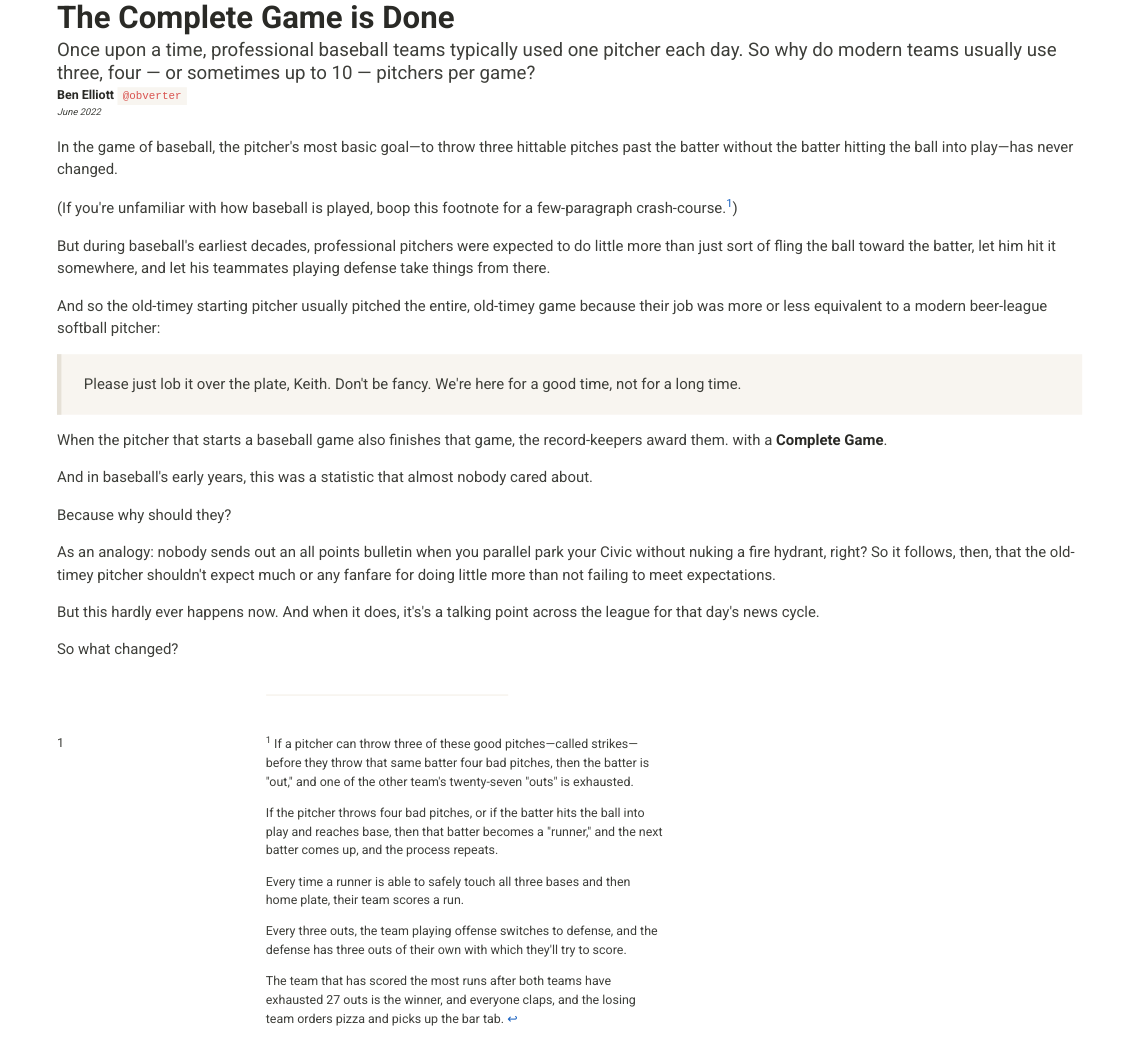
Repository: obverter/complete-games-are-done
Page: index.html
The author's editor kept a copy of each file at every save. The page is drawn from the files as they stood at one save, then again after the next save.
The browser window is 1280 px wide. The pictures show the whole page, at 89% of full size.

Above is the page before, as saved 2022-06-25 08:09:09.

After the next save:
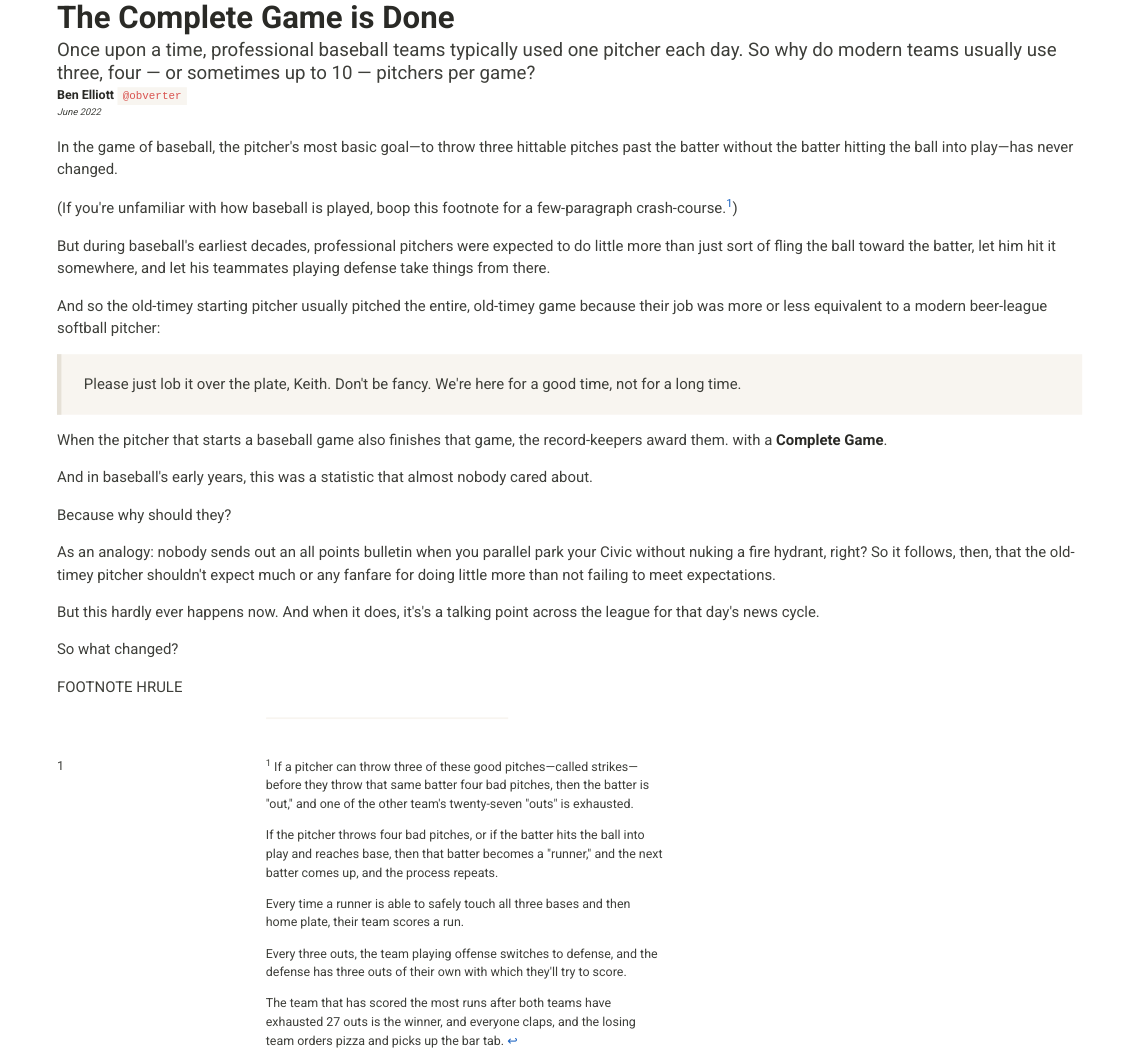
Saved 17 s later.
--- a/index.html
+++ b/index.html
@@ -72,6 +72,7 @@
                 </p>
                 <p>So what changed?</p>
                 <!-- todo: FOOTNOTES -->
+                FOOTNOTE HRULE
                 <div class="columns">
                     <div class="column is-one-fifth"></div>
                     <div class="column is-one-quarter">

After the save that followed:
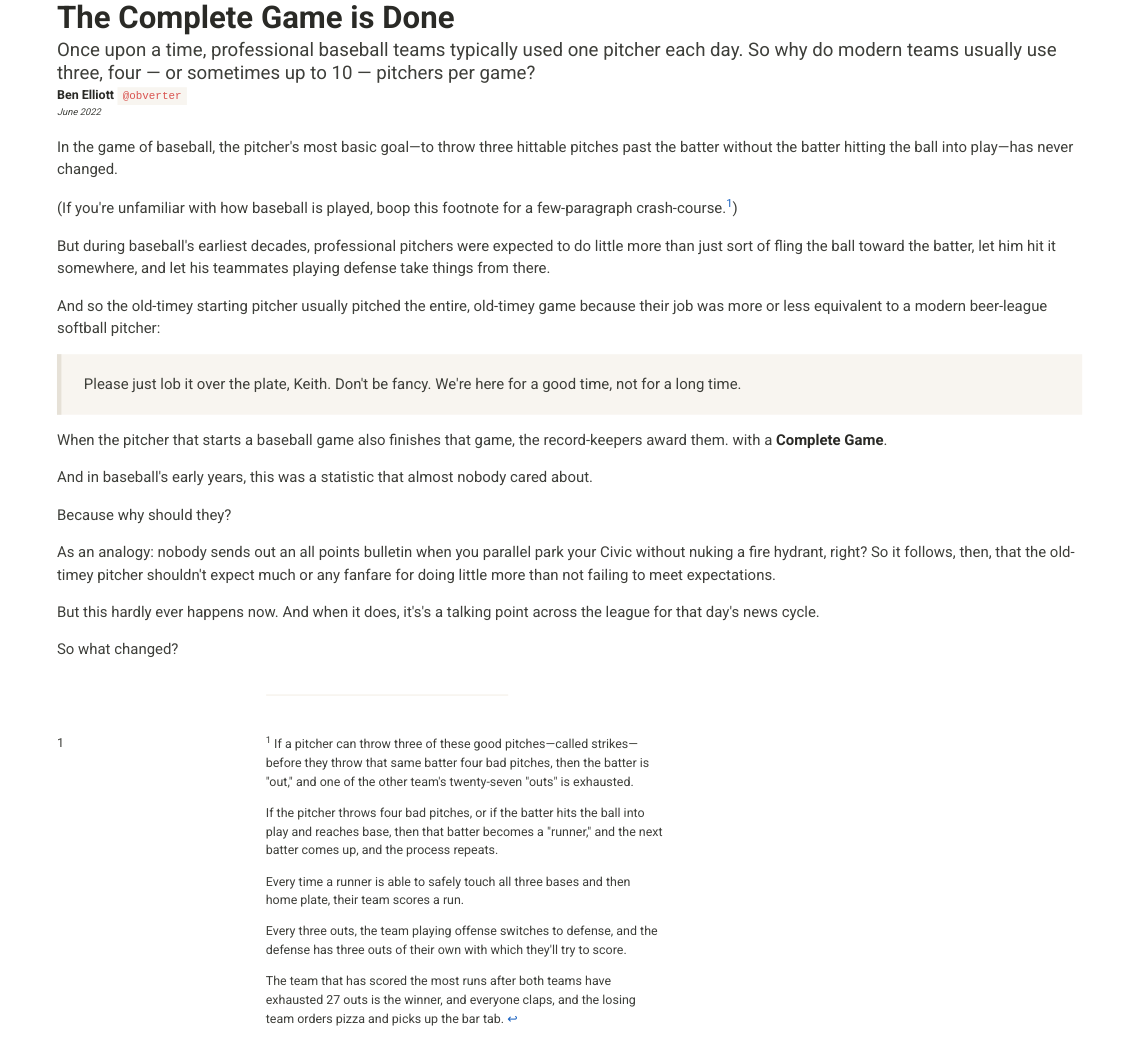
Saved 20 s later.
--- a/index.html
+++ b/index.html
@@ -72,7 +72,7 @@
                 </p>
                 <p>So what changed?</p>
                 <!-- todo: FOOTNOTES -->
-                FOOTNOTE HRULE
+                <!-- todo: ↘ FOOTNOTE HRULE ↙ -->
                 <div class="columns">
                     <div class="column is-one-fifth"></div>
                     <div class="column is-one-quarter">
